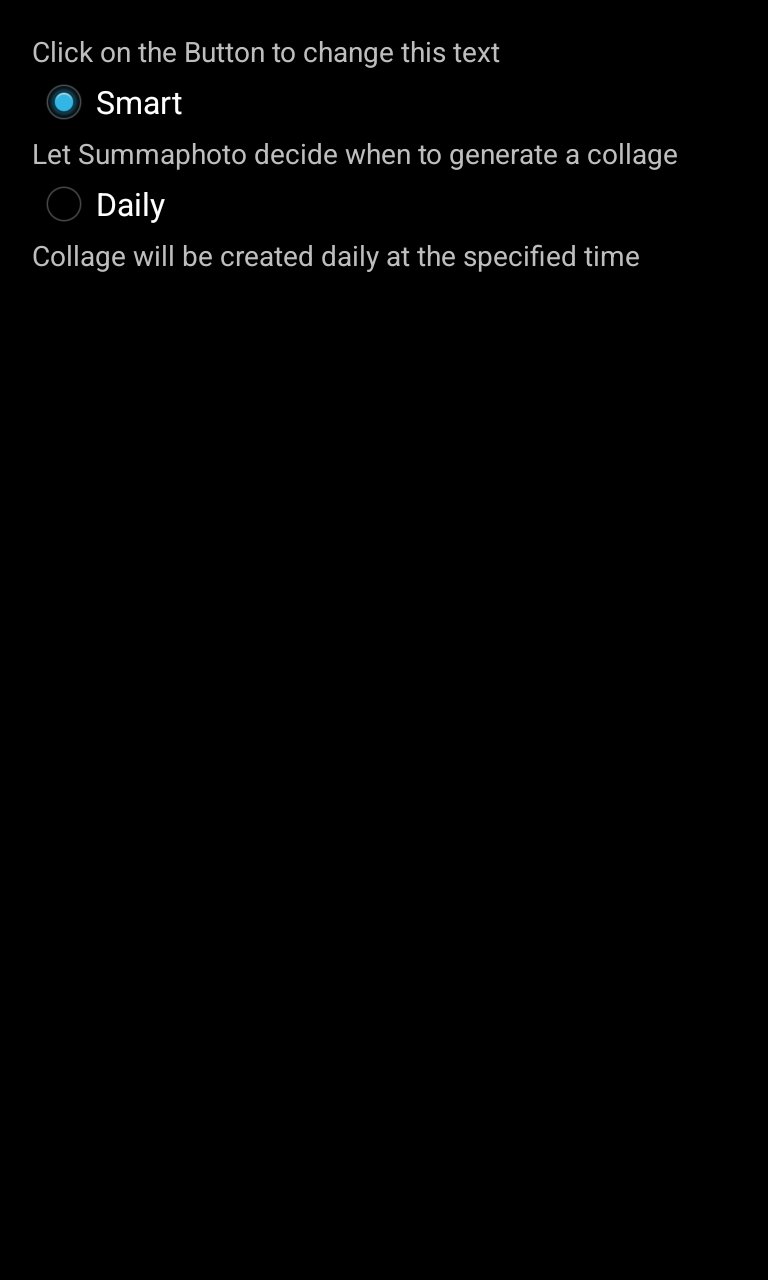
Repository: ulugbekjs/SummaPhoto
Layout: Workshop/res/layout/activity_settings.xml
An editor plug-in stored every save of this project. The layout is shown before and after the next save, followed by the edit.
It is drawn on a 768 x 1280 px phone screen (xhdpi) without system bars, with theme SummaPhotoTheme; the app's code is not run.

Above is the layout before, as saved 2013-08-12 12:47:09.

### Workshop/res/layout/activity_settings.xml
<RelativeLayout xmlns:android="http://schemas.android.com/apk/res/android"
    xmlns:tools="http://schemas.android.com/tools"
    android:layout_width="match_parent"
    android:layout_height="match_parent"
    android:paddingBottom="@dimen/activity_vertical_margin"
    android:paddingLeft="@dimen/activity_horizontal_margin"
    android:paddingRight="@dimen/activity_horizontal_margin"
    android:paddingTop="@dimen/activity_vertical_margin"
    tools:context=".SettingsActivity" >

    <LinearLayout
        android:layout_width="fill_parent"
        android:layout_height="fill_parent"
        android:orientation="vertical" >

        <TextView
            android:id="@+id/tv"
            android:layout_width="fill_parent"
            android:layout_height="wrap_content"
            android:text="Click on the Button to change this text" />

        <RadioGroup
            android:id="@+id/radioMode"
            android:layout_width="wrap_content"
            android:layout_height="wrap_content" >

            <RadioButton
                android:id="@+id/radioSmart"
                android:layout_width="wrap_content"
                android:layout_height="wrap_content"
                android:checked="true"
                android:text="@string/Smart" />

            <TextView android:text="@string/SmartDescription" />

            <RadioButton
                android:id="@+id/radioDaily"
                android:layout_width="wrap_content"
                android:layout_height="wrap_content"
                android:text="@string/Daily" />

            <TextView android:text="@string/DailyDescription" />
        </RadioGroup>
    </LinearLayout>

</RelativeLayout>

### Workshop/res/values-v11/themes.xml
<?xml version="1.0" encoding="utf-8"?>
<resources>
     <style name="SummaPhotoTheme" parent="@android:style/Theme.Holo">
        <!-- Any customizations for your app running on 3.0+ devices here -->
    </style>
</resources>

### Workshop/res/values-v14/themes.xml
<?xml version="1.0" encoding="utf-8"?>
<resources>
    <style name="SummaPhotoTheme" parent="@android:style/Theme.Holo.NoActionBar.Fullscreen">
        <!-- Any customizations for your app running on 4.0+ devices here -->
    </style>
</resources>

### Workshop/res/values/themes.xml
<?xml version="1.0" encoding="utf-8"?>
<resources>
     <style name="SummaPhotoTheme" parent="@android:style/Theme.Dark.NoTitleBar">
        <!-- Any customizations for your app running on pre-3.0 devices here -->
    </style>
</resources>

### Workshop/res/values/strings.xml
<?xml version="1.0" encoding="utf-8"?>
<resources>

    <string name="app_name">Aworkshop</string>
    <string name="action_settings">Settings</string>
    <string name="hello_world">Hello world!</string>
    <string name="title_activity_settings">SettingsActivity</string>
    <string name="Smart">Smart</string>
    <string name="Daily">Daily</string>
    <string name="SmartDescription">Let Summaphoto decide when to generate a collage</string>
    <string name="DailyDescription">Collage will be created daily at the specified time</string>
    <string name="Mode">Mode</string>

</resources>

Loaded but not shown: Workshop/res/values/dimens.xml (common file)

After the next save:
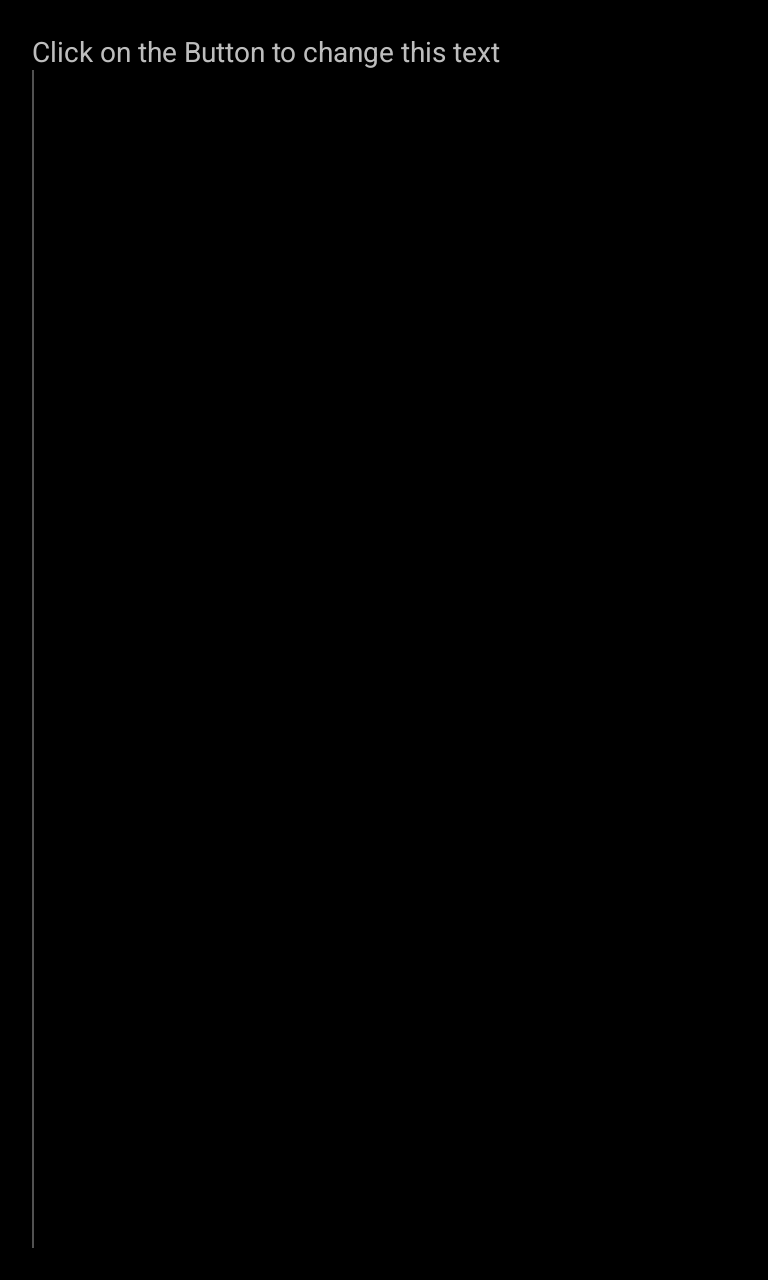
Saved 4 min 4 s later.
--- a/Workshop/res/layout/activity_settings.xml
+++ b/Workshop/res/layout/activity_settings.xml
@@ -18,6 +18,11 @@
             android:layout_width="fill_parent"
             android:layout_height="wrap_content"
             android:text="Click on the Button to change this text" />
+
+        <View
+            android:layout_width="2px"
+            android:layout_height="fill_parent"
+            android:background="#90909090" />
 
         <RadioGroup
             android:id="@+id/radioMode"
